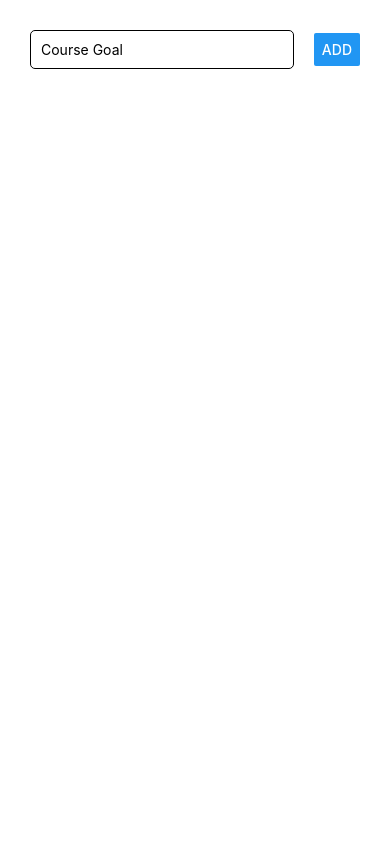
Repository: oguzhan18m/react-native-todo
Screen: /
The author's editor kept a copy of each file at every save. The screen is drawn from the files as they stood at one save, then again after the next save.
The app was drawn by React Native's web renderer in a window 390 px wide. The project was rebuilt for these pictures with package versions that can differ from the ones it lists, and the page was loaded fresh each time. Also part of the build but not shown: components/GoalItem.js.

Above is the screen before, as saved 2021-03-03 01:38:14.

### App.js
import { StatusBar } from 'expo-status-bar';
import React, { useState } from 'react';
import { StyleSheet, View, TextInput, Button, ScrollView, FlatList } from 'react-native';
import GoalItem from './components/GoalItem';

export default function App() {
  const [enteredGoal , setEnteredGoal] = useState('');
  const [courseGoals, setCourseGoals ] =useState([]);

  const goalInputHandler =(enteredText)=>{
    setEnteredGoal(enteredText);
  }

  const addGoalHandler = () =>{
    setCourseGoals(currentGoals => [...currentGoals, {id: Math.random().toString() ,value: enteredGoal }]);
  }

  const removeGoalHandler = (goalId) =>{
    setCourseGoals(currentGoals => {
      return currentGoals.filter((goal)=>goal.id !== goalId);
    })
  }

  return (
    <View style={styles.screen}>
      <View style={styles.inputContainer}>
        <TextInput placeholder='Course Goal' style={styles.input} onChangeText={goalInputHandler} />
        <Button title='ADD' onPress={addGoalHandler} />
      </View>
      <FlatList keyExtractor={(item,index)=>item.id}
      data={courseGoals}
      renderItem={itemData => <GoalItem id={itemData.item.id} onDelete={removeGoalHandler} title={itemData.item.value} /> }
      />

    </View>
  );
}

const styles = StyleSheet.create({
    screen:{
      padding: 30,
    },
    inputContainer:{
      flexDirection:'row', alignItems:'center' , justifyContent:'space-between',
    },
    input:{
      width:'80%' ,borderColor:'black' , borderWidth:1 , padding:10 , borderRadius:5
    },
    listItem:{
      padding:10,
      marginVertical:10,
      backgroundColor:'lightslategrey',
      borderColor:'black',
      borderWidth:1,
      borderRadius:5,
      color: 'white',
      fontWeight:'900',
    }
});

After the next save:
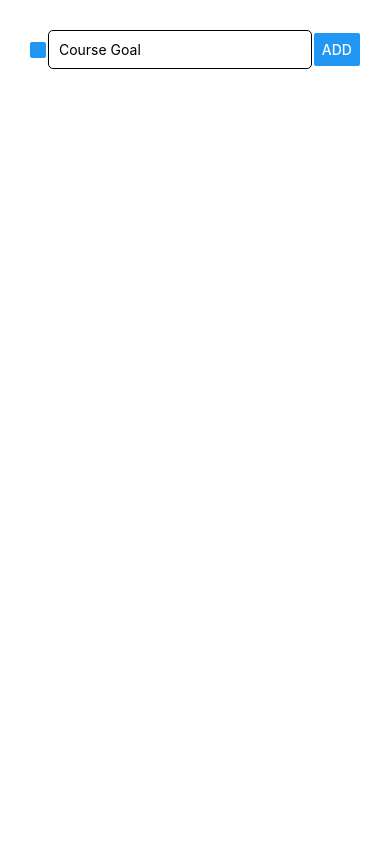
Saved 13 min 3 s later.
--- a/App.js
+++ b/App.js
@@ -6,6 +6,7 @@ import GoalItem from './components/GoalItem';
 export default function App() {
   const [enteredGoal , setEnteredGoal] = useState('');
   const [courseGoals, setCourseGoals ] =useState([]);
+  const [isAddMode, setIsAddMode] = useState(false);
 
   const goalInputHandler =(enteredText)=>{
     setEnteredGoal(enteredText);
@@ -24,6 +25,7 @@ export default function App() {
   return (
     <View style={styles.screen}>
       <View style={styles.inputContainer}>
+        <Button onPress={()=>setIsAddMode(true)} />
         <TextInput placeholder='Course Goal' style={styles.input} onChangeText={goalInputHandler} />
         <Button title='ADD' onPress={addGoalHandler} />
       </View>
